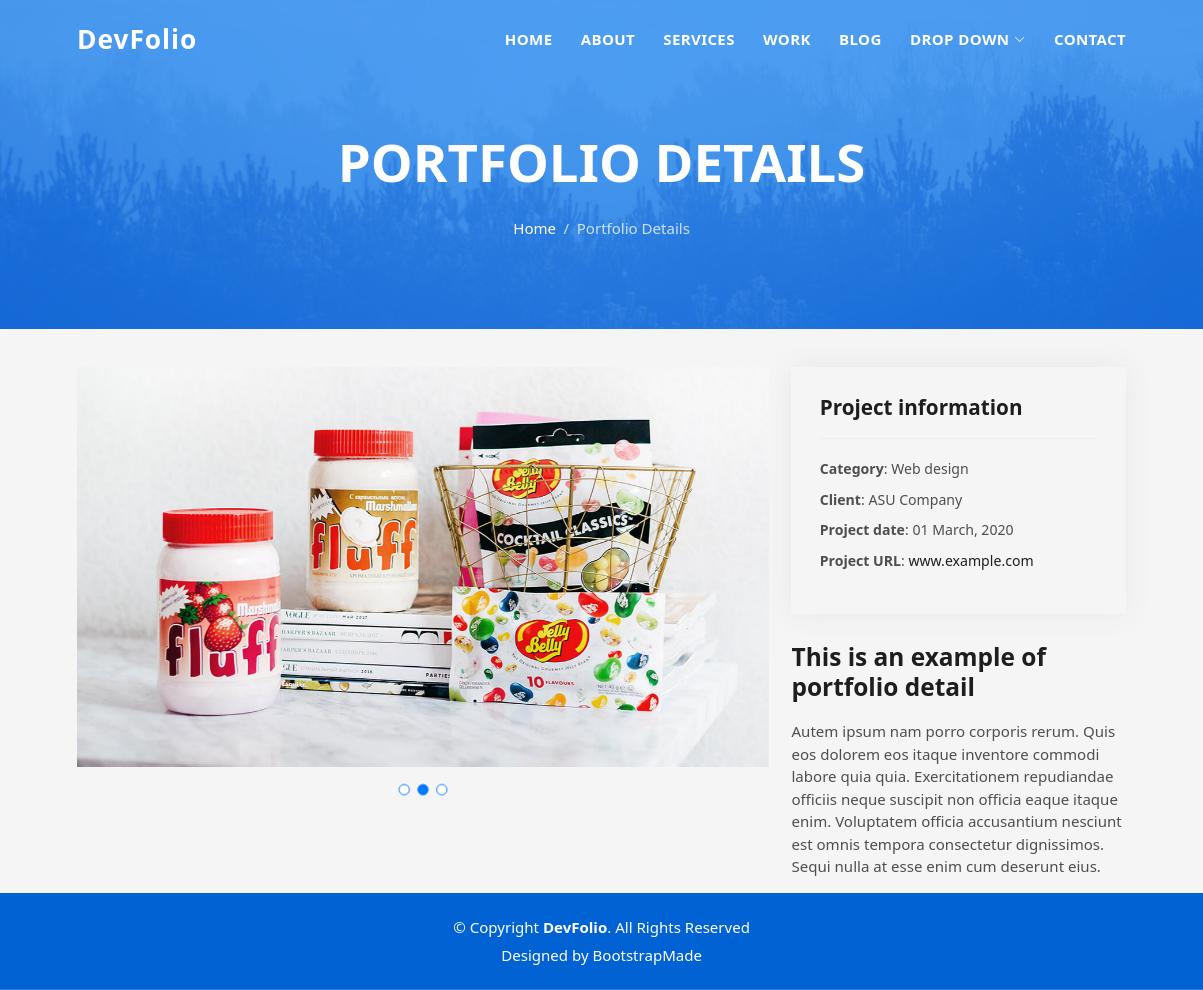
Repository: Andre-Benther/developerfolio
Page: portfolio-details.html
An editor plug-in stored every save of this project. The page is shown before and after the next save, followed by the edit.
The browser window is 1280 px wide. The pictures show the whole page, at 94% of full size.
Backgrounds fixed to the window are drawn as part of the page.

Above is the page before, as saved 2024-04-18 04:46:31.

After the next save:
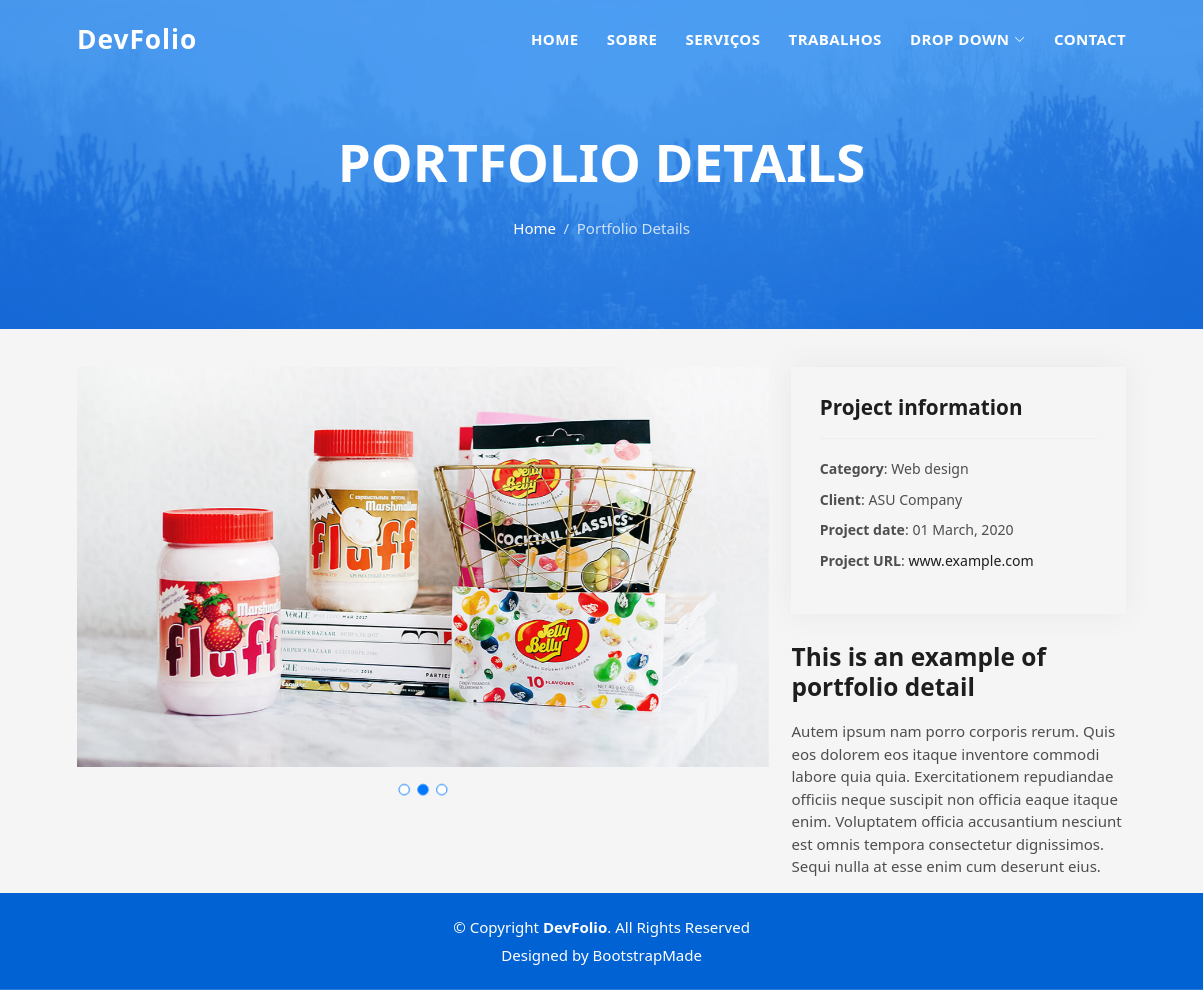
Saved 89 s later.
--- a/portfolio-details.html
+++ b/portfolio-details.html
@@ -44,10 +44,9 @@
       <nav id="navbar" class="navbar">
         <ul>
           <li><a class="nav-link scrollto " href="#hero">Home</a></li>
-          <li><a class="nav-link scrollto" href="#about">About</a></li>
-          <li><a class="nav-link scrollto" href="#services">Services</a></li>
-          <li><a class="nav-link scrollto " href="#work">Work</a></li>
-          <li><a class="nav-link scrollto " href="#blog">Blog</a></li>
+          <li><a class="nav-link scrollto" href="#about">Sobre</a></li>
+          <li><a class="nav-link scrollto" href="#services">Serviços</a></li>
+          <li><a class="nav-link scrollto " href="#work">Trabalhos</a></li>
           <li class="dropdown"><a href="#"><span>Drop Down</span> <i class="bi bi-chevron-down"></i></a>
             <ul>
               <li><a href="#">Drop Down 1</a></li>
